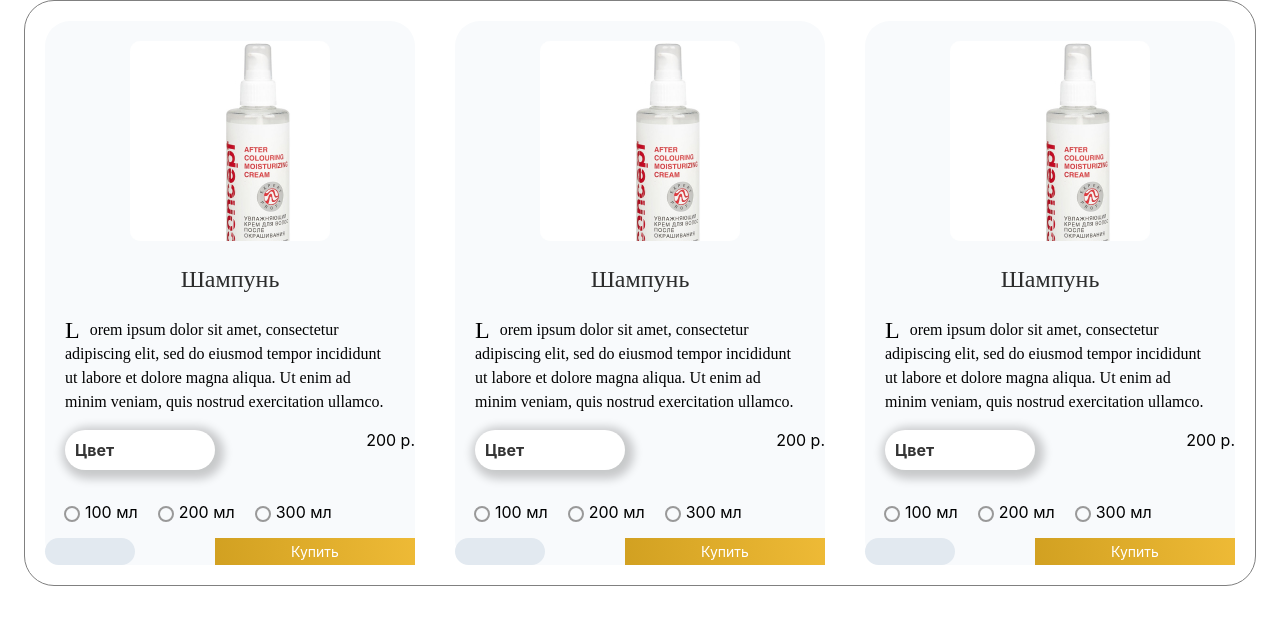
Repository: MiroslavWise/shamptu
Page: /
The author's editor kept a copy of each file at every save. The page is drawn from the files as they stood at one save, then again after the next save.
The browser window is 1280 px wide. The pictures show the whole page.
The project was rebuilt for these pictures with package versions that can differ from the ones it lists, and the page was loaded fresh each time. Also part of the build but not shown: src/App.css.

Above is the page before, as saved 2022-02-17 15:52:13.

After the next save:
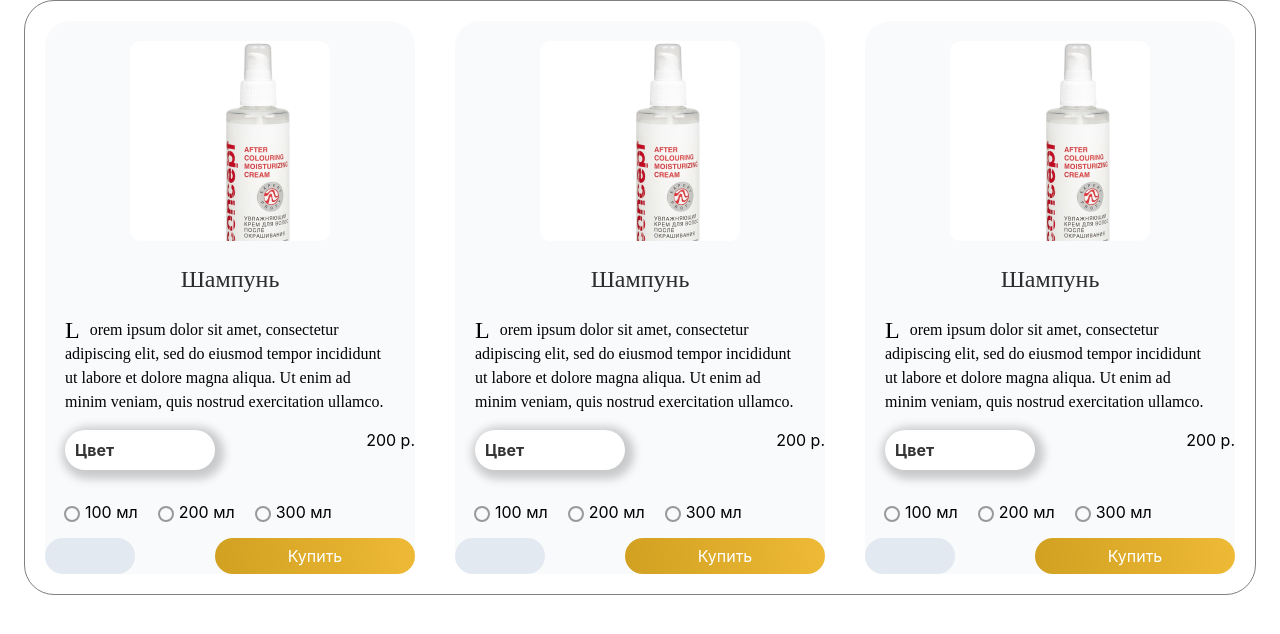
Saved 36 s later.
--- a/src/components/items/style.css
+++ b/src/components/items/style.css
@@ -93,7 +93,7 @@
 }
 
 
-button {
+.button-pay {
     z-index: 1;
     position: relative;
     font-size: inherit;
@@ -109,7 +109,7 @@
     border-radius: 100px;
   }
 
-  button::before {
+  .button-pay::before {
     content: '';
     z-index: -1;
     position: absolute;
@@ -124,12 +124,12 @@
     transition: transform 0.45s ease-in-out;
   }
 
-  button:hover {
+  .button-pay:hover {
     cursor: pointer;
     color: #161616;
   }
 
-  button:hover::before {
+  .button-pay:hover::before {
     transform: translate3d(-50%, -50%, 0) scale3d(15, 15, 15);
   }
 
